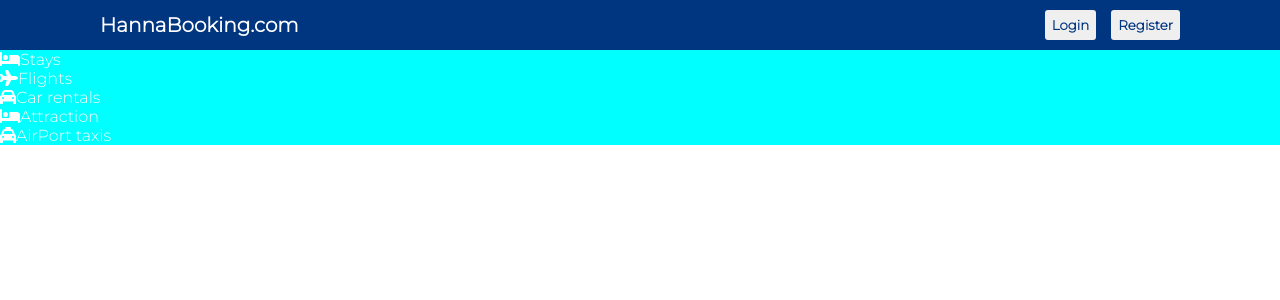
Repository: truongnguyenuit/BookingWebApp
Page: /
These files come from the project's save history. The page is drawn as it stood at one moment and after the next save; the edit follows.
The browser window is 1280 px wide. The pictures show the whole page.
The project was rebuilt for these pictures with package versions that can differ from the ones it lists, and the page was loaded fresh each time.

Above is the page before, as saved 2022-05-26 14:59:51.

### public/index.html
<!DOCTYPE html>
<html lang="en">
  <head>
    <meta charset="utf-8" />
    <meta name="viewport" content="width=device-width, initial-scale=1" />
    <meta
      name="description"
      content="Web site created using create-react-app"
    />
    <link
      href="https://fonts.googleapis.com/css2?family=Montserrat:wght@300&display=swap"
      rel="stylesheet"
    >
    <style>
      *{
        font-family: 'Montserrat', sans-serif;
        margin: 0;
      }
    </style>

    <title>HannaBooking</title>
  </head>
  <body>
    <noscript>You need to enable JavaScript to run this app.</noscript>
    <div id="root"></div>
  </body>
</html>

### src/App.js
import Home from "./pages/home/Home";
function App() {
  return (
    <Home />
  );
}

export default App;

### src/pages/home/Home.jsx
import React from 'react'
import Header from '../../components/header/Header';
import Navbar from '../../components/navbar/Navbar';
const Home = () => {
  return (
    <div>
      <Navbar />
      <Header />
    </div>
  )
}
export default Home;

### src/components/header/Header.jsx
import {
    faBed,
    faCalendarDays,
    faCar,
    faPerson,
    faPlane,
    faTaxi,
} from "@fortawesome/free-solid-svg-icons";
import { FontAwesomeIcon } from "@fortawesome/react-fontawesome";
import "./header.css";
// import { DateRange } from "react-date-range";
import { useState } from "react";
// import "react-date-range/dist/styles.css"; // main css file
// import "react-date-range/dist/theme/default.css"; // theme css file
// import { format } from "date-fns";
import { useNavigate } from "react-router-dom";
const Header = ({ type }) => {
    const [destination, setDestination] = useState("");
    const [openDate, setOpenDate] = useState(false);
    const [date, setDate] = useState([
        {
            startDate: new Date(),
            endDate: new Date(),
            key: "selection",
        }
    ]);
    const [openOptions, setOpenOptions] = useState(false);
    const [options, setOptions] = useState({
        adult: 1,
        children: 0,
        room: 1,
    });

    //const navigate = useNavigate();
    return (
        <div className="header">
            <div className="headerContainer">
                <div className="headerList">
                    <div className="headerListItem">
                        <FontAwesomeIcon icon={faBed} />
                        <span>Stays</span>
                    </div>
                    <div className="headerListItem">
                        <FontAwesomeIcon icon={faPlane} />
                        <span>Flights</span>
                    </div>
                    <div className="headerListItem">
                        <FontAwesomeIcon icon={faCar} />
                        <span>Car rentals</span>
                    </div>
                    <div className="headerListItem">
                        <FontAwesomeIcon icon={faBed} />
                        <span>Attraction</span>
                    </div>
                    <div className="headerListItem">
                        <FontAwesomeIcon icon={faTaxi} />
                        <span>AirPort taxis</span>
                    </div>
                </div>
            </div>
        </div>
    )
}
export default Header;

### src/components/navbar/Navbar.jsx
import React from 'react'
import "./navbar.css"
const Navbar = () => {
  return (
    <div className="navbar">
      <div className="navContainer">
        <span className="logo">HannaBooking.com</span>
        <div className="navItems">
          <button className="navButton">Login</button>
          <button className="navButton">Register</button>
        </div>
      </div>
    </div>
  )
}
export default Navbar;

### src/components/header/header.css
.header {
    background-color:aqua;
    color: white;
    display: flex;
    justify-content: center;
    position: relative;
}
.headerContainer {
    width:  100%;

}

### src/components/navbar/navbar.css
.navbar {
    height: 50px;
    background-color: #003580;
    display: flex;
    justify-content: center;
}
.navContainer {
    width: 100%;
    display: flex;
    justify-content: space-between;
    align-items: center;
    padding-left: 100px;
    padding-right: 100px;
}
.logo {
    font-weight: bold;
    font-size:20px ;
    color: white;
}
/* .navItems {
    width: 10.5%;
    display: flex;
    justify-content: space-between;
} */
.navButton {
    padding: 7px;
    border: none;
    border-radius: 3px;
    font-weight: bold;
    color: #003580;
    margin-left: 15px;
}

Loaded but not shown: src/index.js (common file)

After the next save:
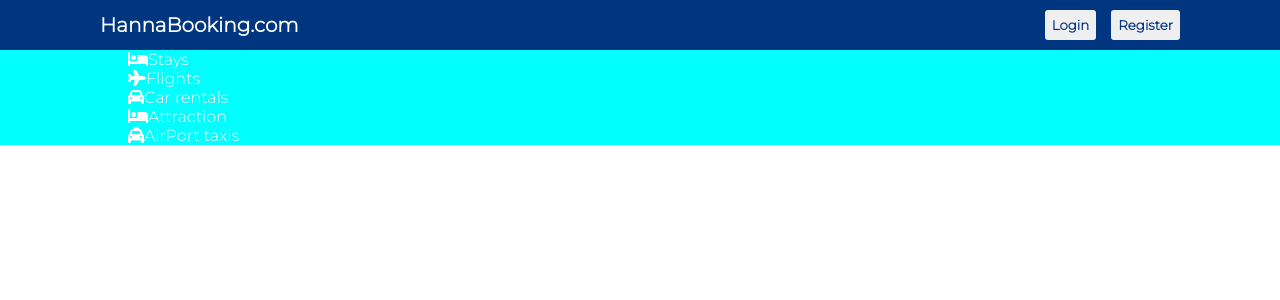
Saved 5 s later.
--- a/src/components/header/header.css
+++ b/src/components/header/header.css
@@ -7,5 +7,5 @@
 }
 .headerContainer {
     width:  100%;
-
+    max-width: 1024px;
 }
